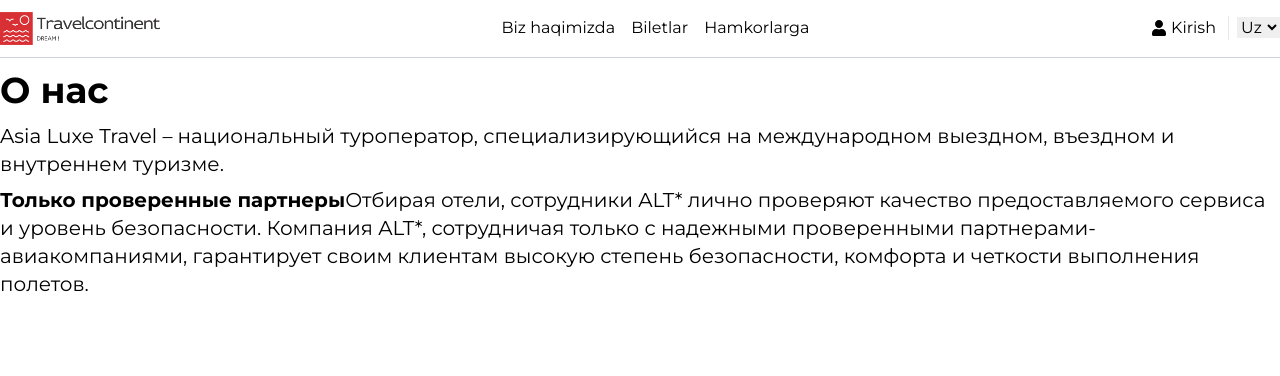
Repository: ziyodbek0300/avia-sales_
Page: /about-us
An editor plug-in stored every save of this project. The page is shown before and after the next save, followed by the edit.
The browser window is 1280 px wide. The pictures show the whole page.
The project was rebuilt for these pictures with package versions that can differ from the ones it lists, and the page was loaded fresh each time. Also part of the build but not shown: src/containers/home/Home.jsx.

Above is the page before, as saved 2022-06-04 00:31:54.

### src/index.js
import React from 'react';
import ReactDOM from 'react-dom/client';
import './index.scss';
import App from './App';
import { BrowserRouter } from 'react-router-dom';

// Import the functions you need from the SDKs you need
import { initializeApp } from "firebase/app";

const firebaseConfig = {
  apiKey: "AIzaSyCh8iVwHAk4edTRMCTfsixFgQGgbxiQ__o",
  authDomain: "travelcontinent-6deec.firebaseapp.com",
  projectId: "travelcontinent-6deec",
  storageBucket: "travelcontinent-6deec.appspot.com",
  messagingSenderId: "267962106998",
  appId: "1:267962106998:web:0326271bfbdab5676e8b57"
};

// Initialize Firebase
const app = initializeApp(firebaseConfig);
const root = ReactDOM.createRoot(document.getElementById('root'));
root.render(
  <React.StrictMode>
    <BrowserRouter>
      <App />
    </BrowserRouter>
  </React.StrictMode>
)

### src/index.scss
@tailwind base;
@tailwind components;
@tailwind utilities;
// font by google fonts
@import url('https://fonts.googleapis.com/css2?family=Montserrat:ital,wght@0,100;0,200;0,300;0,400;0,500;0,600;0,700;0,800;0,900;1,100;1,200;1,300;1,400;1,500;1,600;1,700;1,800;1,900&display=swap');

* {
  font-family: 'Montserrat', sans-serif;
}

code {
  font-family: source-code-pro, Menlo, Monaco, Consolas, 'Courier New',
    monospace;
}

.card-filter-courses {
  top: 5rem !important;
}

.card {
  grid-row: 1 / 3;
  background-size: cover;
  background-repeat: no-repeat;
}

/*main courses */
.main-courses {
  display: grid;
  grid-template-columns: 1fr 1fr;
  grid-template-rows: 10rem 10rem;
  grid-gap: 1rem;
}

.main-courses div:first-child {
  grid-row: 1 / 3;
}

.main-courses div {
  background-repeat: no-repeat;
  background-size: cover;
  background-image: linear-gradient(rgba(0, 0, 0, 0.1), rgba(0, 0, 0, 0.1));
  color: #fff;
}

.bg-custom {
  background: #f4f8fa !important;
}

### src/App.js
import { Route, Routes } from "react-router-dom";
import Navbar from "./components/navbar/Navbar";
import About from "./containers/about/About";
import Home from "./containers/home/Home";

function App() {
  return (
    <div>
      <Navbar />
      <Routes>
        <Route path="/" element={<Home />} />
        <Route path="/about-us" element={<About />} />
      </Routes>
    </div>
  );
}

export default App;

### src/components/navbar/Navbar.jsx
import React from 'react'
import { FaUser } from 'react-icons/fa';
import { NavLink } from 'react-router-dom';
import Logo from '../../static/images/logo.png'

function Navbar() {
    return (
        <div className='border-b border-b-slate-300 py-3'>
            <nav className=' flex justify-between items-center max-w-7xl mx-auto'>
                <div className="logo">
                    <img src={Logo} className="w-40" alt="logo" />
                </div>
                <ul className='flex gap-4'>
                    <li>
                        <NavLink to='/about-us'>Biz haqimizda</NavLink>
                    </li>
                    <li>Biletlar</li>
                    <li>Hamkorlarga</li>
                </ul>
                <ul className='flex gap-2'>
                    <li className='flex items-center border-r pr-3'>
                        <FaUser />&nbsp;Kirish
                    </li>
                    <li>
                        <select name="lang" id="lang" className='border-slate-500'>
                            <option value="uz">Uz</option>
                            <option value="uz">Ru</option>
                            <option value="uz">En</option>
                        </select>
                    </li>
                </ul>
            </nav>
        </div>
    )
}

export default Navbar

### src/containers/about/About.jsx
import React from 'react'

function About() {
    return (
        <div className='max-w-7xl mx-auto'>
            <div className='my-3'>
                <p className='text-4xl font-bold mb-3'>О нас</p>
                <p className='text-xl mb-2'>
                    Asia Luxe Travel – национальный туроператор, специализирующийся на международном выездном, въездном и внутреннем туризме.
                </p>
                <p className='text-xl'>
                    <b>Только проверенные партнеры</b>
                    Отбирая отели, сотрудники ALT* лично проверяют качество предоставляемого сервиса и уровень безопасности. Компания ALT*, сотрудничая только с надежными проверенными партнерами-авиакомпаниями, гарантирует своим клиентам высокую степень безопасности, комфорта и четкости выполнения полетов.
                </p>
            </div>
        </div>
    )
}

export default About

Loaded but not shown: public/index.html (common file); tailwind.config.js (common file)

After the next save:
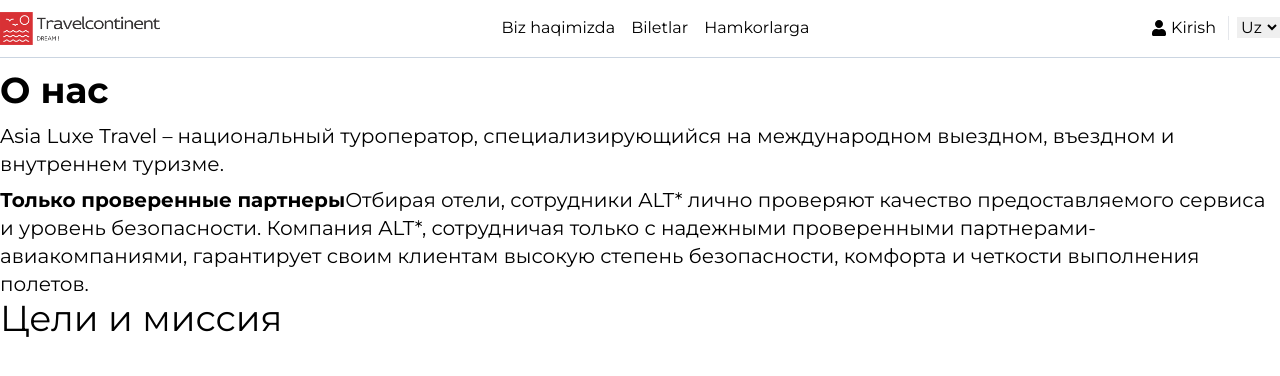
Saved 33 s later.
--- a/src/containers/about/About.jsx
+++ b/src/containers/about/About.jsx
@@ -12,6 +12,7 @@
                     <b>Только проверенные партнеры</b>
                     Отбирая отели, сотрудники ALT* лично проверяют качество предоставляемого сервиса и уровень безопасности. Компания ALT*, сотрудничая только с надежными проверенными партнерами-авиакомпаниями, гарантирует своим клиентам высокую степень безопасности, комфорта и четкости выполнения полетов.
                 </p>
+                <p className='text-4xl font-normal mb-3'>Цели и миссия</p>
             </div>
         </div>
     )
